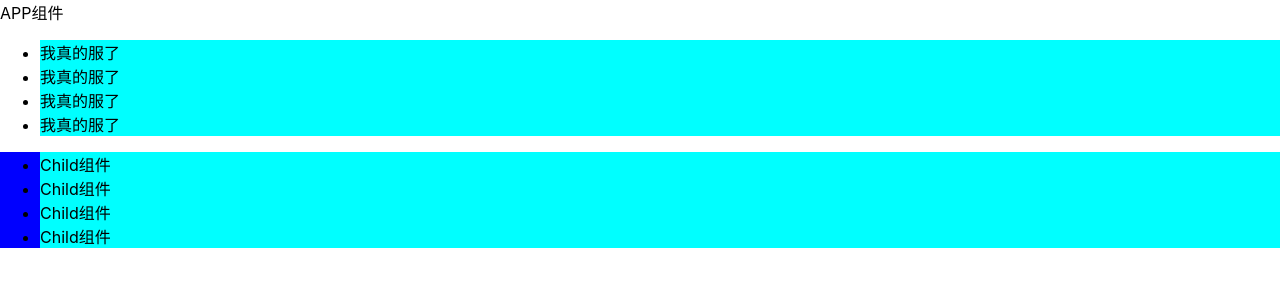
Repository: pagelam97/React-Test-Project
Page: /
These files come from the project's save history. The page is drawn as it stood at one moment and after the next save; the edit follows.
The browser window is 1280 px wide. The pictures show the whole page.
The project was rebuilt for these pictures with package versions that can differ from the ones it lists, and the page was loaded fresh each time.

Above is the page before, as saved 2022-09-01 16:04:00.

After the next save:
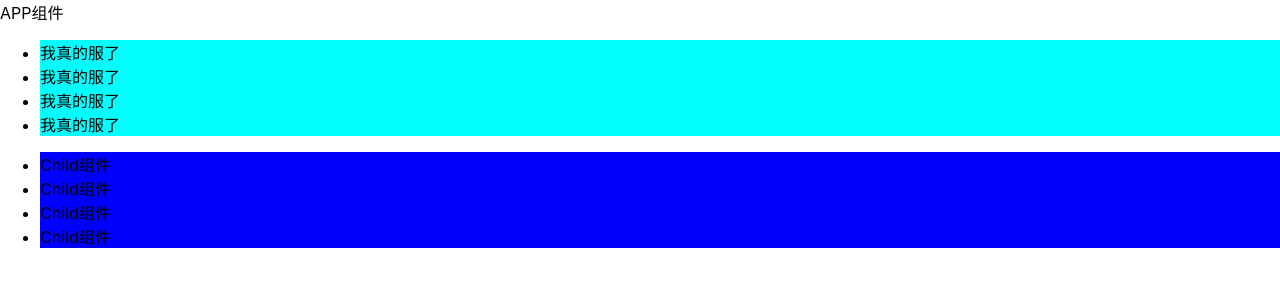
Saved 16 s later.
--- a/src/Child.module.css
+++ b/src/Child.module.css
@@ -1,3 +1,3 @@
-.childStyle{
+.childStyle li{
     background-color: blue;
 }
